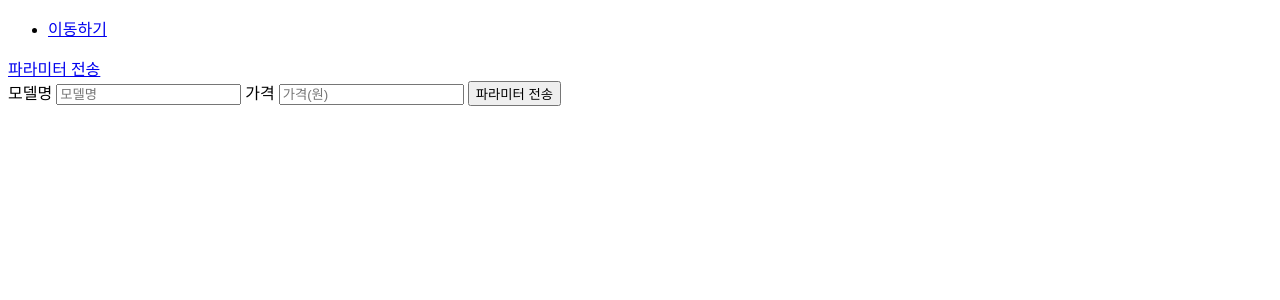
Repository: WONDongin/GoodeeAcademy_JAVA
Page: jsp_study/servletStudy/src/main/webapp/ex03_parameter/client.html
These files come from the project's save history. The page is drawn as it stood at one moment and after the next save; the edit follows.
The browser window is 1280 px wide. The pictures show the whole page.

Above is the page before, as saved 2025-04-01 02:51:00.

### jsp_study/servletStudy/src/main/webapp/ex03_parameter/client.html
<!DOCTYPE html>
<!-- /webapp/ex03_parameter/client.html -->
<html>
	<head>
	<meta charset="UTF-8">
	<title>Client</title>
	</head>
	<body>
		<ul>
			<li><a href="http://localhost:8080/servletStudy/GetServlet">이동하기</a></li>
		</ul>
		<div>
			<a href="/servletStudy/GetServlet?model=냉장고&price=200">파라미터 전송</a>
		</div>
		<div>
			<form action="/servletStudy/GetServlet">
				<label for="model">모델명</label>
				<input type="text" id="model" name="model" placeHolder="모델명">
				<label for="price">가격</label>
				<input type="text" id="price" name="price" placeHolder="가격(원)">
				<button type="submit">파라미터 전송</button>
			</form>
		</div>
	</body>
</html>

After the next save:
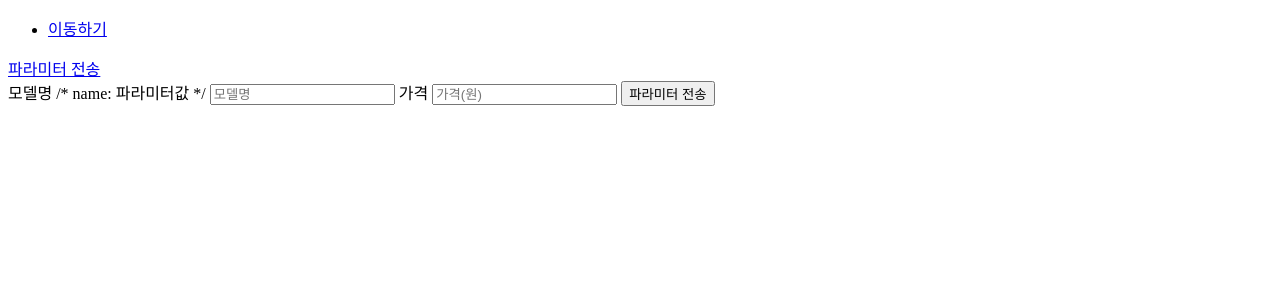
Saved 2 min 37 s later.
--- a/jsp_study/servletStudy/src/main/webapp/ex03_parameter/client.html
+++ b/jsp_study/servletStudy/src/main/webapp/ex03_parameter/client.html
@@ -15,6 +15,7 @@
 		<div>
 			<form action="/servletStudy/GetServlet">
 				<label for="model">모델명</label>
+				/* name: 파라미터값 */
 				<input type="text" id="model" name="model" placeHolder="모델명">
 				<label for="price">가격</label>
 				<input type="text" id="price" name="price" placeHolder="가격(원)">

After the save that followed:
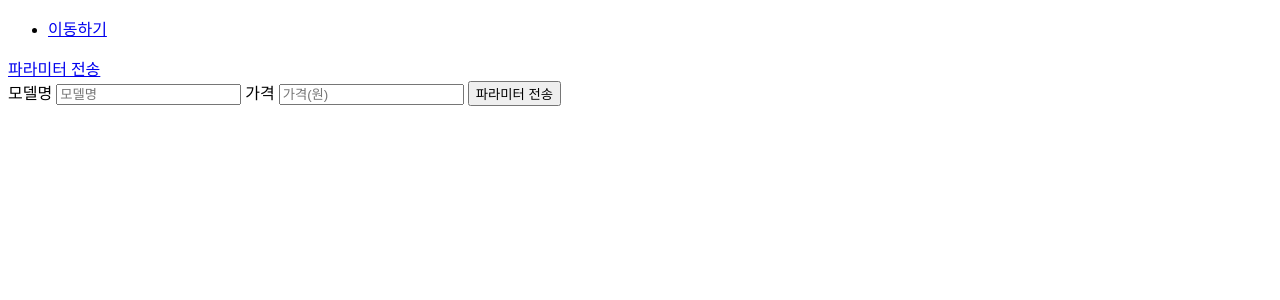
Saved 12 s later.
--- a/jsp_study/servletStudy/src/main/webapp/ex03_parameter/client.html
+++ b/jsp_study/servletStudy/src/main/webapp/ex03_parameter/client.html
@@ -15,7 +15,7 @@
 		<div>
 			<form action="/servletStudy/GetServlet">
 				<label for="model">모델명</label>
-				/* name: 파라미터값 */
+				<!-- name: 파라미터값 -->
 				<input type="text" id="model" name="model" placeHolder="모델명">
 				<label for="price">가격</label>
 				<input type="text" id="price" name="price" placeHolder="가격(원)">
